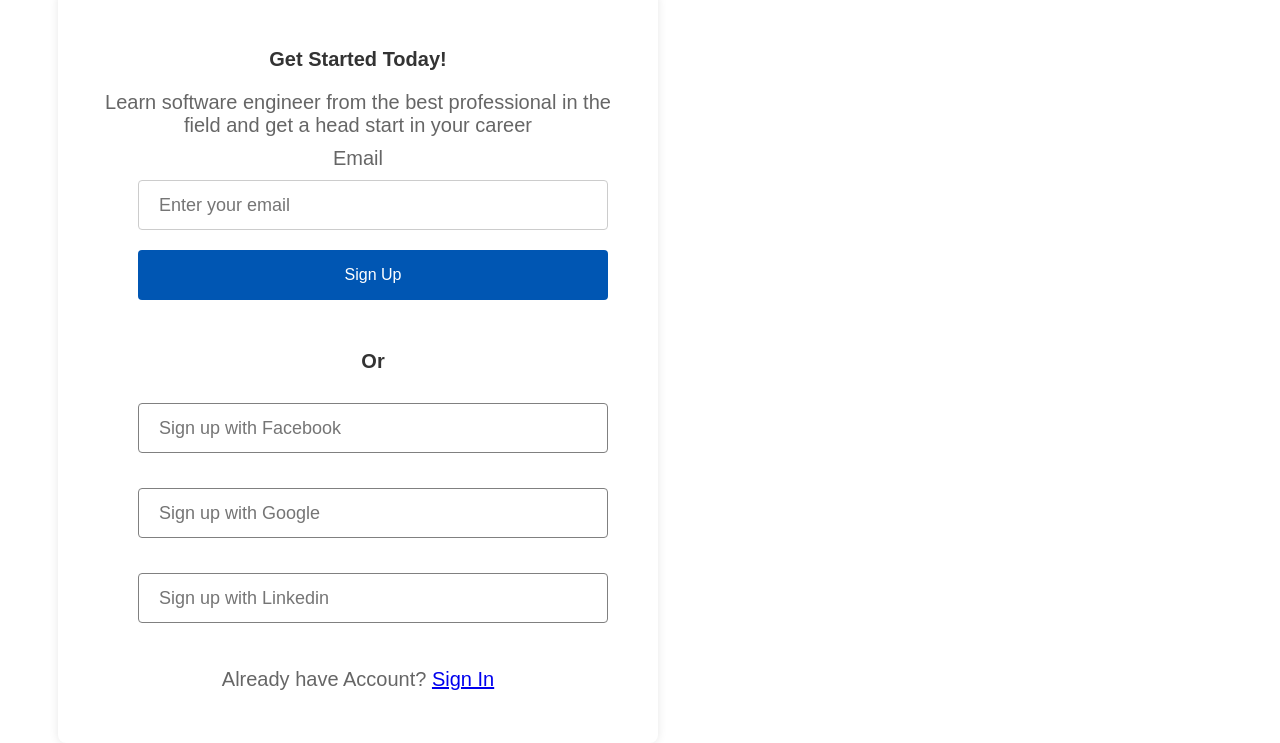
Repository: Femi007-gh/LOGIN-INTERFACE
Page: index.html
The author's editor kept a copy of each file at every save. The page is drawn from the files as they stood at one save, then again after the next save.
The browser window is 1280 px wide. The pictures show the whole page.

Above is the page before, as saved 2025-01-21 14:03:32.

After the next save:
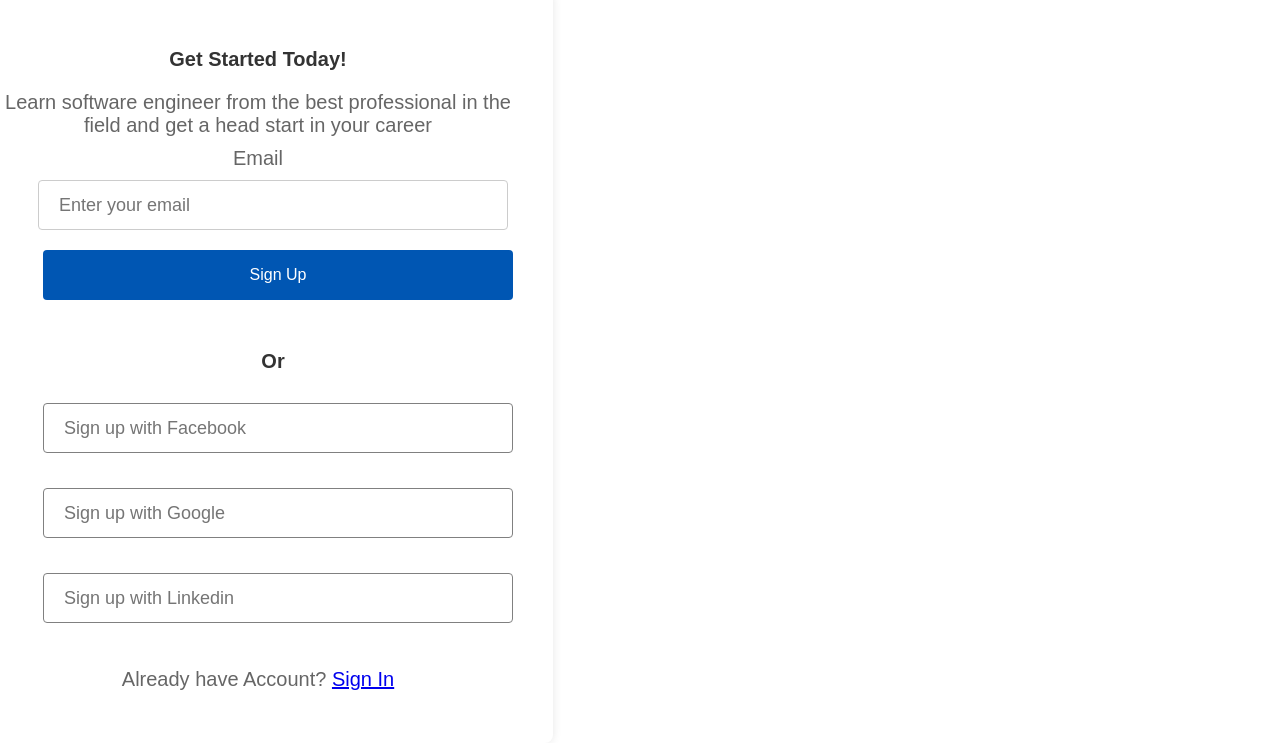
Saved 11 s later.
--- a/style.css
+++ b/style.css
@@ -4,7 +4,7 @@ body {
   justify-content: center;
   align-items: center;
   height: 100vh;
-  width: 700px;
+  width: 500px;
 }
 
 .container {
